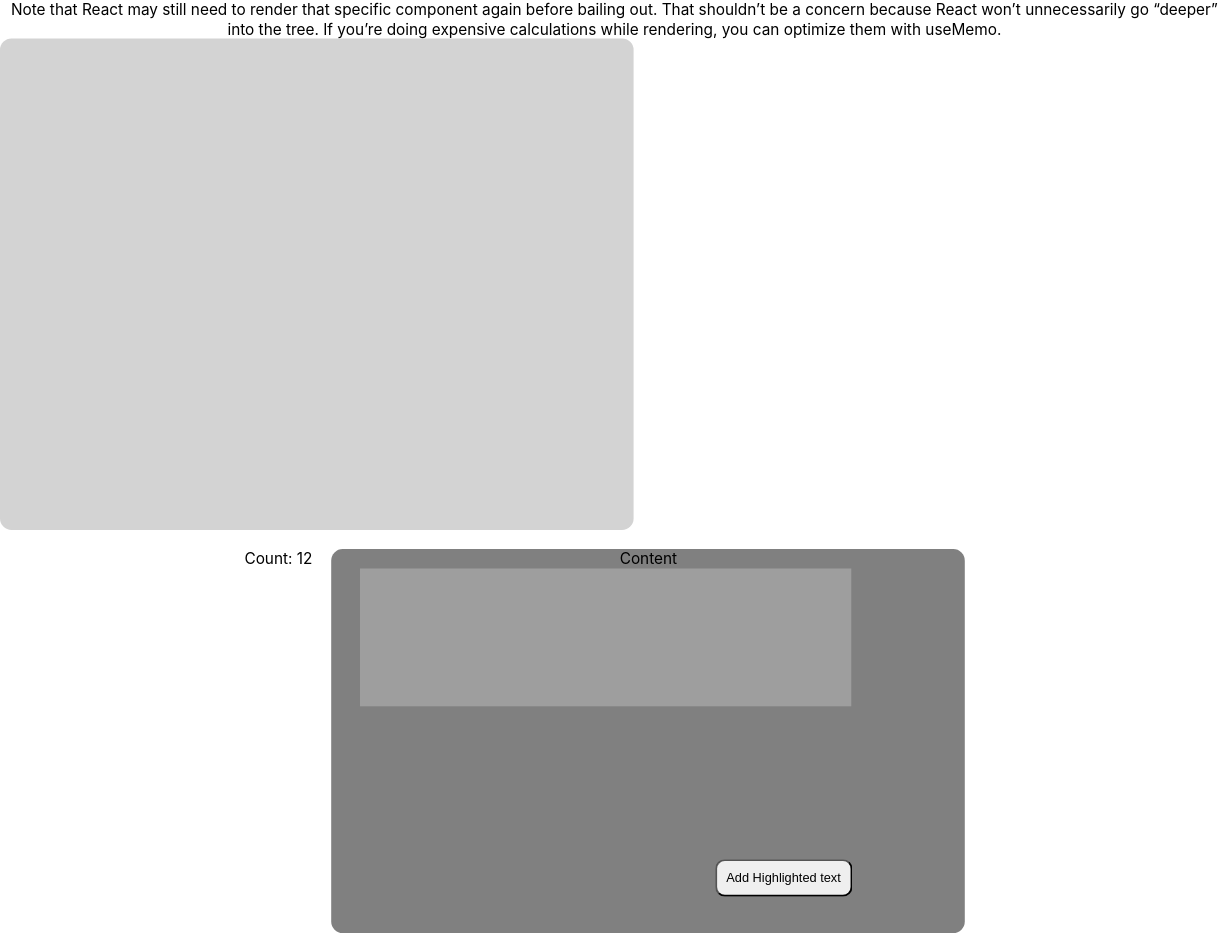
Repository: Farbod29/React-text-highlighter-with-hook-
Page: /
These files come from the project's save history. The page is drawn as it stood at one moment and after the next save; the edit follows.
The browser window is 1280 px wide. The pictures show the whole page, at 96% of full size.
Pictures or frames that could not be fetched are drawn as grey boxes. The project was rebuilt for these pictures with package versions that can differ from the ones it lists, and the page was loaded fresh each time.

Above is the page before, as saved 2022-02-18 21:57:04.

After the next save:
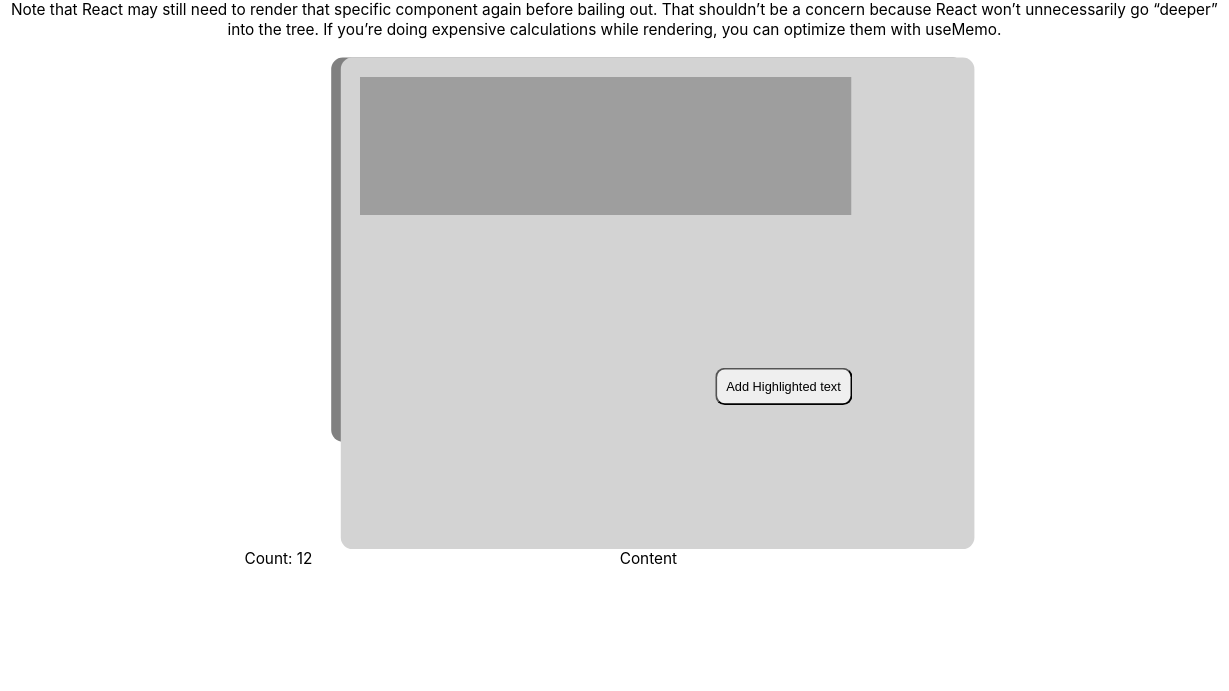
Saved 6 s later.
--- a/src/highlighter.js
+++ b/src/highlighter.js
@@ -16,15 +16,6 @@ export default function Highlighter() {
         unnecessarily go “deeper” into the tree. If you’re doing expensive
         calculations while rendering, you can optimize them with useMemo.
       </div>
-      <div
-        style={{
-          padding: '0px 10px',
-          backgroundColor: '#D3D3D3',
-          height: '40vw',
-          width: '50vw',
-          borderRadius: '12px',
-        }}
-      />
       Count: {count}
       {/* <button onClick={() => setCount((prevCount) => prevCount - 1)}>-</button> */}
       <div
@@ -42,6 +33,15 @@ export default function Highlighter() {
           position: 'relative',
         }}
       >
+        <div
+          style={{
+            padding: '0px 10px',
+            backgroundColor: '#D3D3D3',
+            height: '40vw',
+            width: '50vw',
+            borderRadius: '12px',
+          }}
+        />
         <img
           style={{
             height: '20vh',
